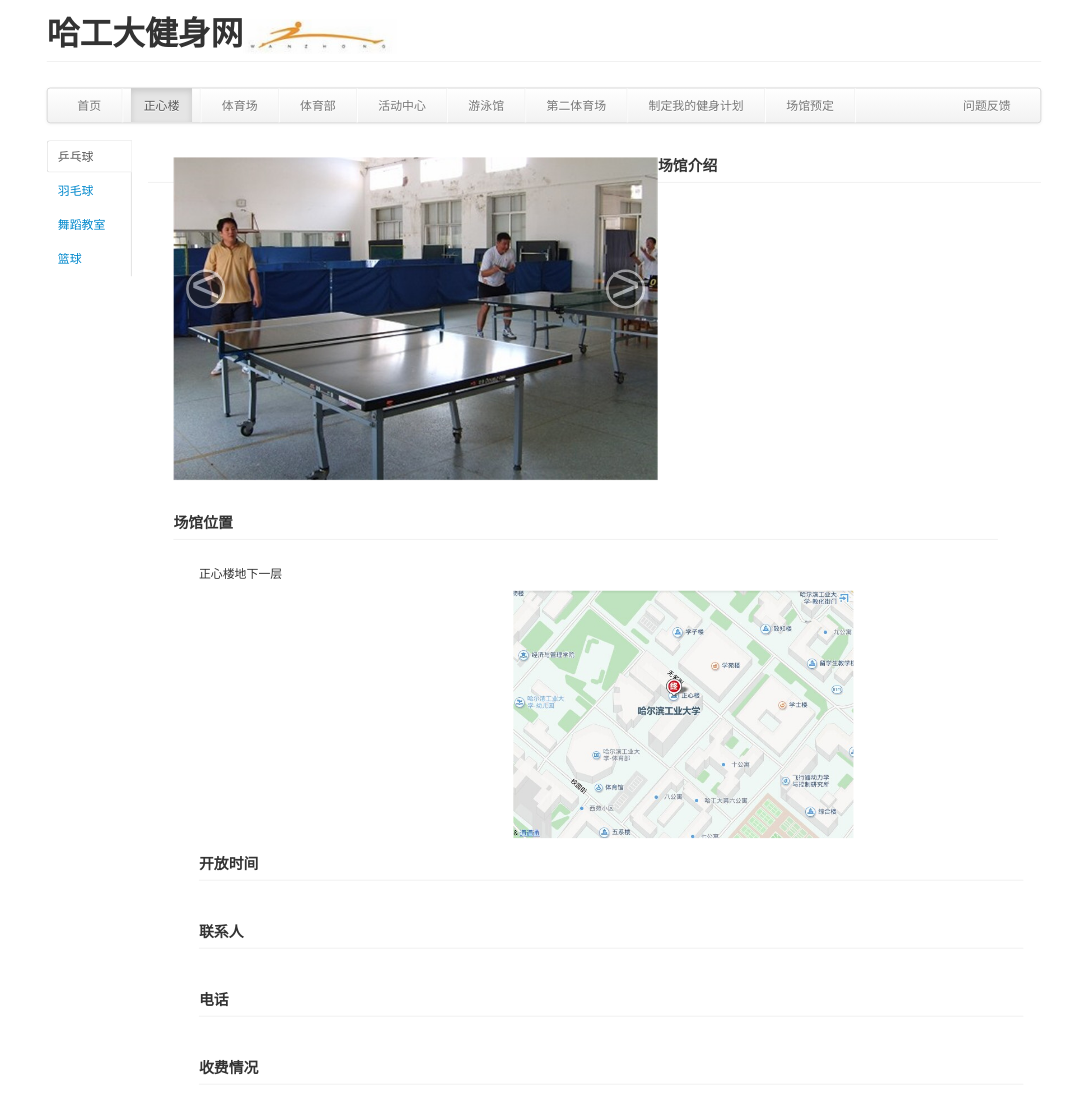
Repository: hitDeveloper/fitness
Page: http://localhost/project/tiyubu.jsp
These files come from the project's save history. The page is drawn as it stood at one moment and after the next save; the edit follows.
The browser window is 1280 px wide. The pictures show the whole page, at 85% of full size.
The page is served by Tomcat 9. Nobody is signed in. The application's start-up code is not run.

Above is the page before, as saved 2014-11-04 15:16:31.

After the next save:
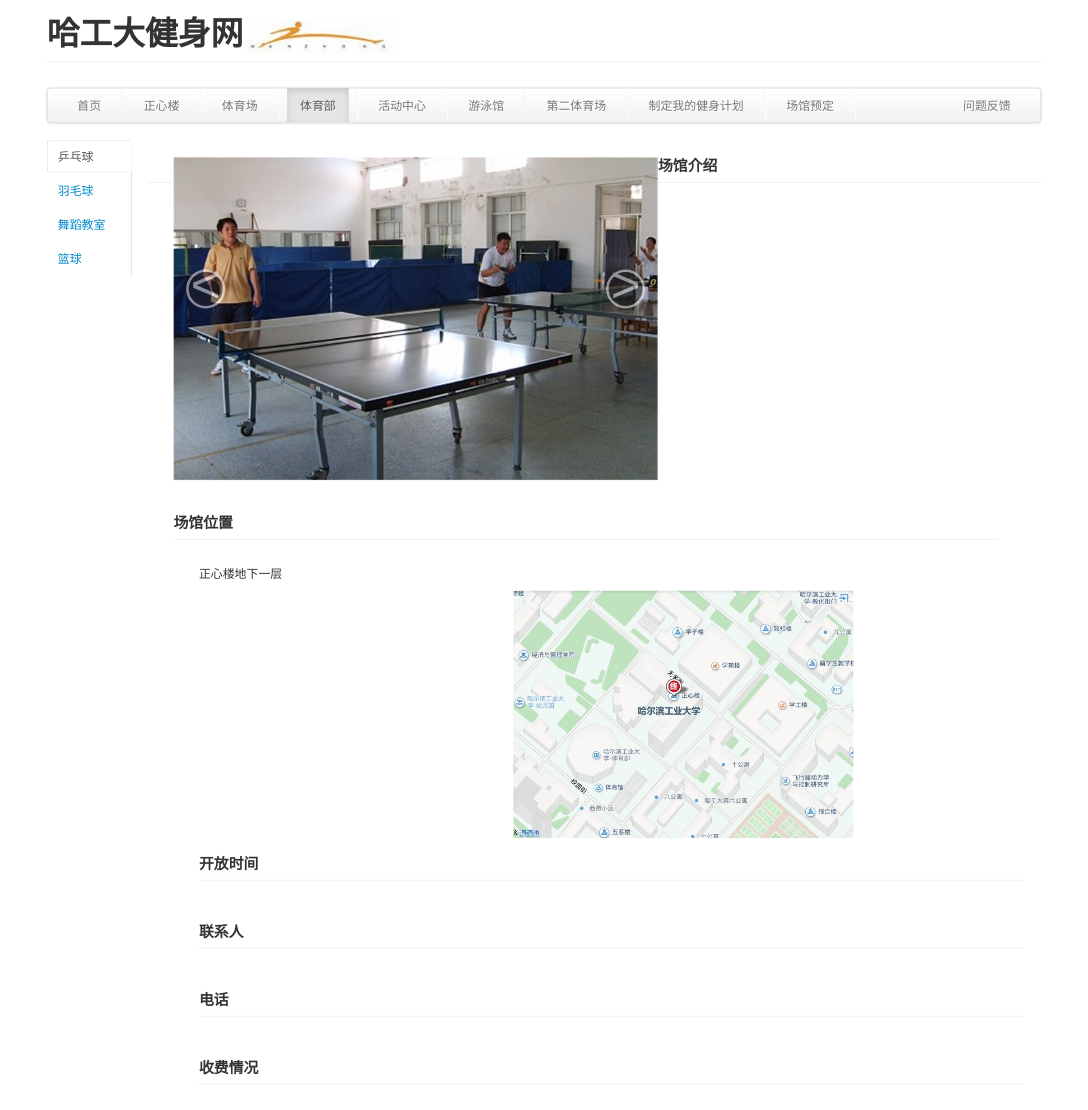
Saved 98 s later.
--- a/Project/project/WebRoot/tiyubu.jsp
+++ b/Project/project/WebRoot/tiyubu.jsp
@@ -16,11 +16,11 @@
 <ul class="nav">
 	<li ><a href="main.jsp">首页</a></li>
 	<li class="divider-vertical"></li>
-	<li class="active"><a href="zhengxin.jsp">正心楼</a></li>
+	<li><a href="zhengxin.jsp">正心楼</a></li>
 	<li class="divider-vertical"></li>
 	<li><a href="gym.jsp">体育场</a></li>
 	<li class="divider-vertical"></li>
-	<li><a href="tiyubu.jsp">体育部</a></li>
+	<li class="active"><a href="tiyubu.jsp">体育部</a></li>
 	<li class="divider-vertical"></li>
 	<li><a href="center.jsp">活动中心</a></li>
 	<li class="divider-vertical"></li>
